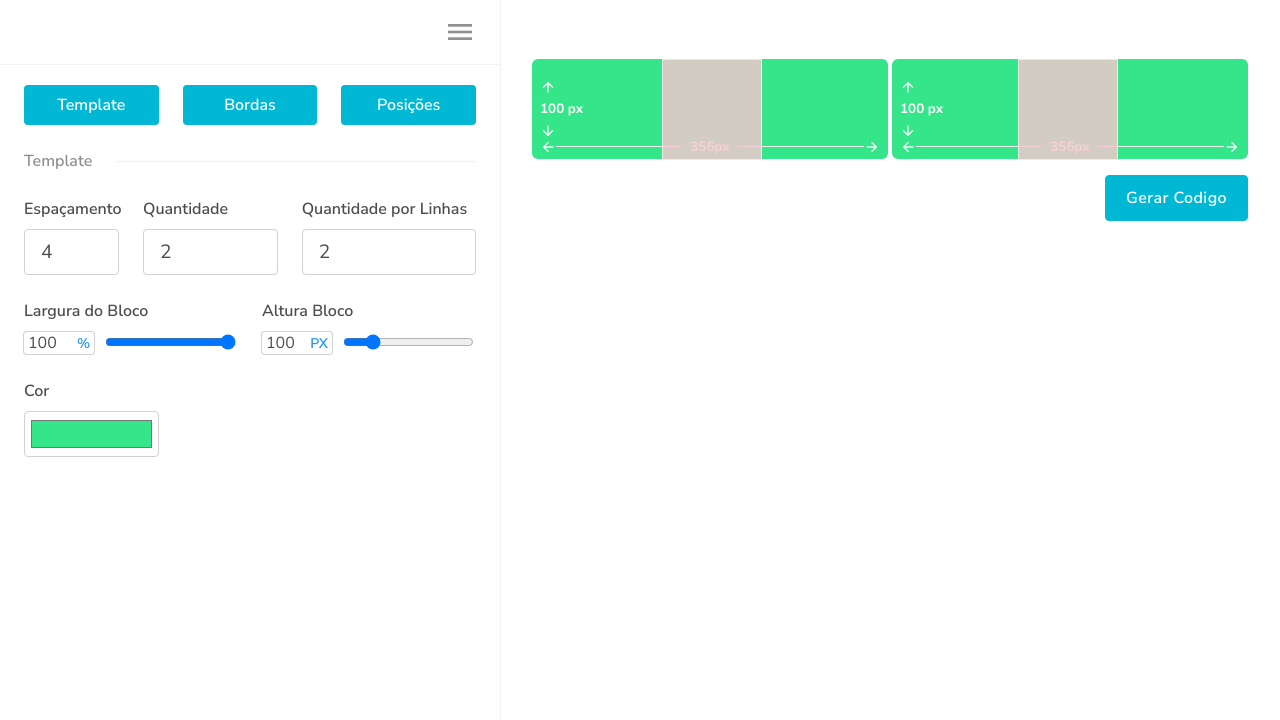
Repository: Flintdl/lowcode-elements
Page: /
An editor plug-in stored every save of this project. The page is shown before and after the next save, followed by the edit.
The browser window is 1280 px wide. The pictures show the whole page.
The project was rebuilt for these pictures with package versions that can differ from the ones it lists, and the page was loaded fresh each time. Also part of the build but not shown: vue.config.js.

Above is the page before, as saved 2022-04-06 14:25:55.

After the next save:
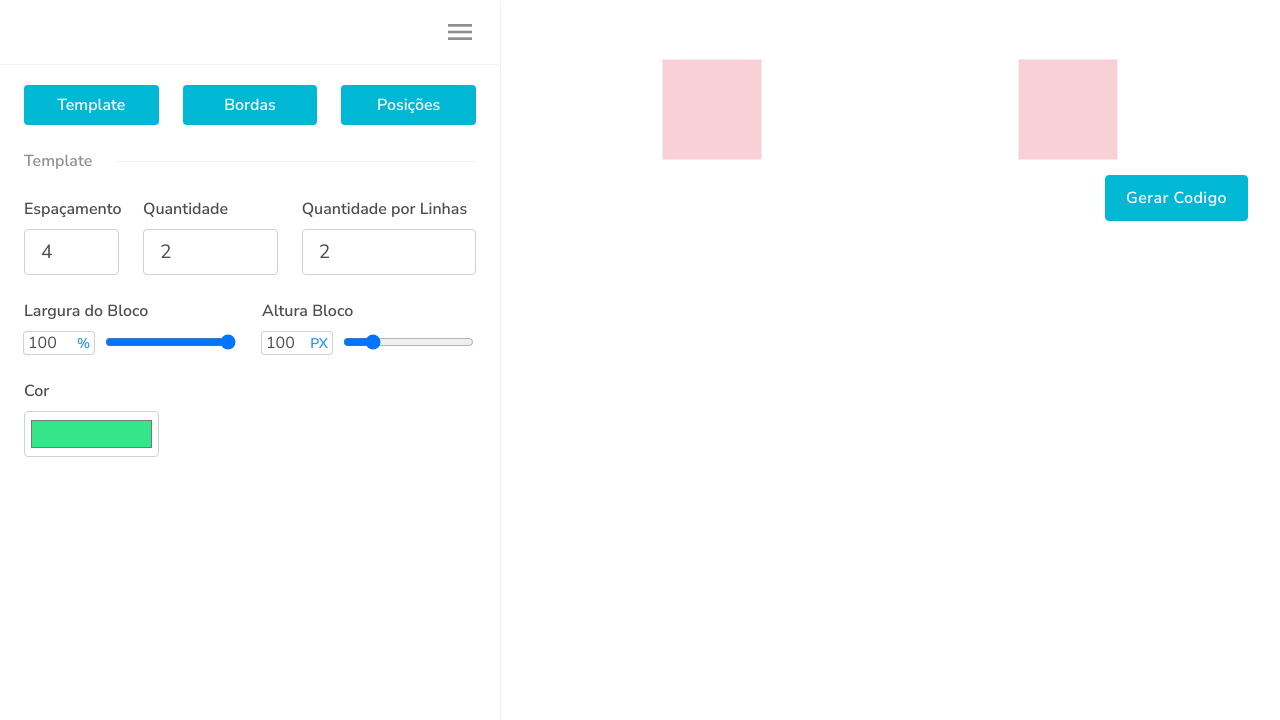
Saved 10 min 36 s later.
--- a/src/views/HomeView.vue
+++ b/src/views/HomeView.vue
@@ -93,7 +93,8 @@
   computed: {
     cssProps() {
       return {
-        width: `calc((${this.valor}% - ${this.inputGap}px * ${
+        flex: `1 0 ${this.valor}`,
+        "max-width": `calc((${this.valor}% - ${this.inputGap}px * ${
           this.quantidadeLinha - "1"
         }) / ${this.quantidadeLinha})`,
         height: this.valorHeight + "px",

After the save that followed:
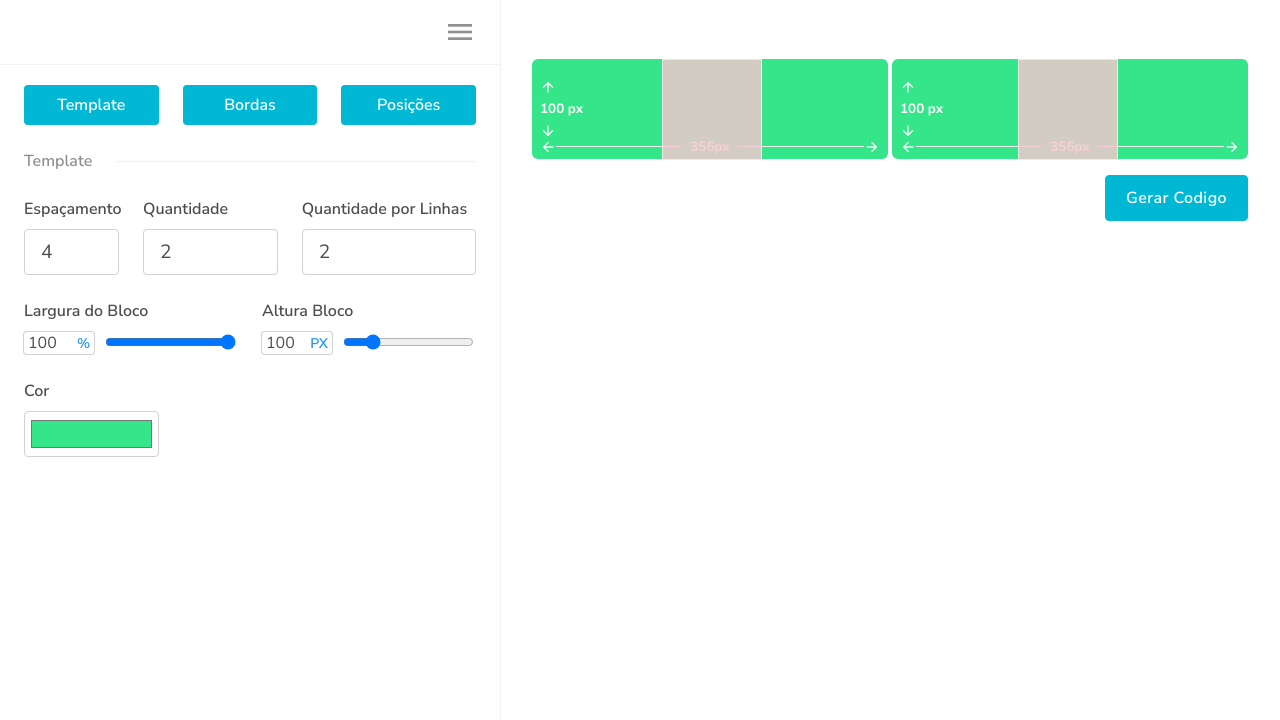
Saved 51 s later.
--- a/src/views/HomeView.vue
+++ b/src/views/HomeView.vue
@@ -93,7 +93,7 @@
   computed: {
     cssProps() {
       return {
-        flex: `1 0 ${this.valor}`,
+        flex: `1 0 ${this.valor}%`,
         "max-width": `calc((${this.valor}% - ${this.inputGap}px * ${
           this.quantidadeLinha - "1"
         }) / ${this.quantidadeLinha})`,
